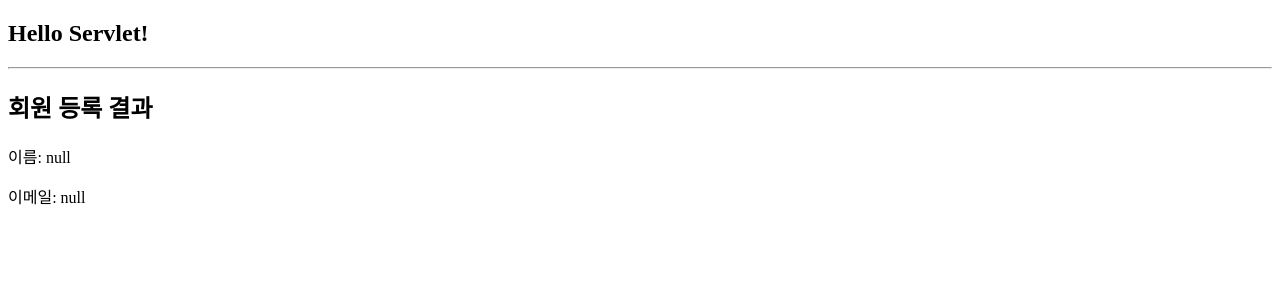
Repository: taiseidesu97/space_jspworks
Page: http://localhost/jweb0/register
An editor plug-in stored every save of this project. The page is shown before and after the next save, followed by the edit.
The browser window is 1280 px wide. The pictures show the whole page.
The page is served by Tomcat 10. Other server files are loaded and not shown.

Above is the page before, as saved 2025-10-02 03:58:46.

### jweb0/src/main/java/servlet/RegisterServlet.java
package servlet;

import jakarta.servlet.ServletException;
import jakarta.servlet.annotation.WebServlet;
import jakarta.servlet.http.HttpServlet;
import jakarta.servlet.http.HttpServletRequest;
import jakarta.servlet.http.HttpServletResponse;
import java.io.IOException;
import java.io.PrintWriter;


@WebServlet("/register") //http://localhost:8080/jweb0/register
public class RegisterServlet extends HttpServlet {
	private static final long serialVersionUID = 1L;


	protected void doGet(HttpServletRequest request, HttpServletResponse response) throws ServletException, IOException {
		doPost(request, response);
	}


	protected void doPost(HttpServletRequest request, HttpServletResponse response) throws ServletException, IOException {
		//요청 입력값 받기
		String name = request.getParameter("uname");
		String email = request.getParameter("email");
		System.out.println("이름: " + name);
		System.out.println("이메일: " + email);

		//응답 컨텐츠 타입 설정(url이 /hello 요청이 오면 html로 응답한다는 의미)
				response.setContentType("text/html; charset=utf-8");

				//출력 스트림
				PrintWriter out = response.getWriter();

				//HTTP응답
				out.println("<!DOCTYPE html><html>");
				out.println("<head><title>Hello Servlet</title></head>");
				out.println("<body><h2>Hello Servlet!</h2><hr>");
				out.println("<body><h2>회원 등록 결과</h2></body>");
				out.println("<p>이름: " + name + "</p>");
				out.println("<p>이메일: " + email + "</p>");
				out.println("</body></html>");
	}

}

After the next save:
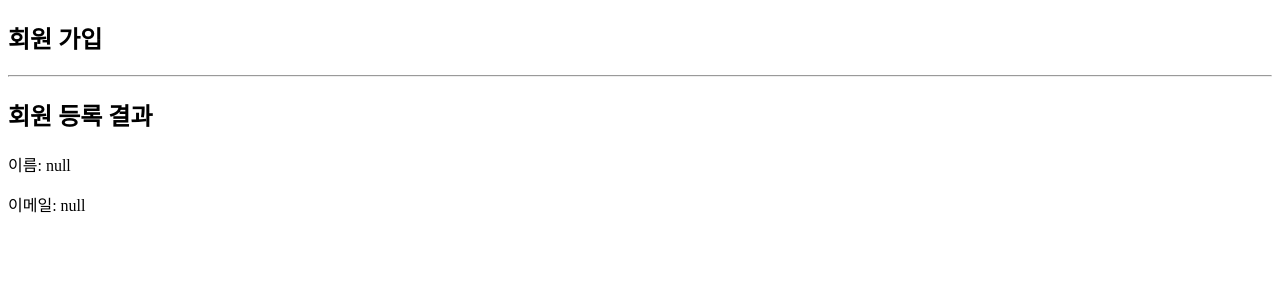
Saved 20 s later.
--- a/jweb0/src/main/java/servlet/RegisterServlet.java
+++ b/jweb0/src/main/java/servlet/RegisterServlet.java
@@ -35,7 +35,7 @@ public class RegisterServlet extends HttpServlet {
 				//HTTP응답
 				out.println("<!DOCTYPE html><html>");
 				out.println("<head><title>Hello Servlet</title></head>");
-				out.println("<body><h2>Hello Servlet!</h2><hr>");
+				out.println("<body><h2>회원 가입</h2><hr>");
 				out.println("<body><h2>회원 등록 결과</h2></body>");
 				out.println("<p>이름: " + name + "</p>");
 				out.println("<p>이메일: " + email + "</p>");
